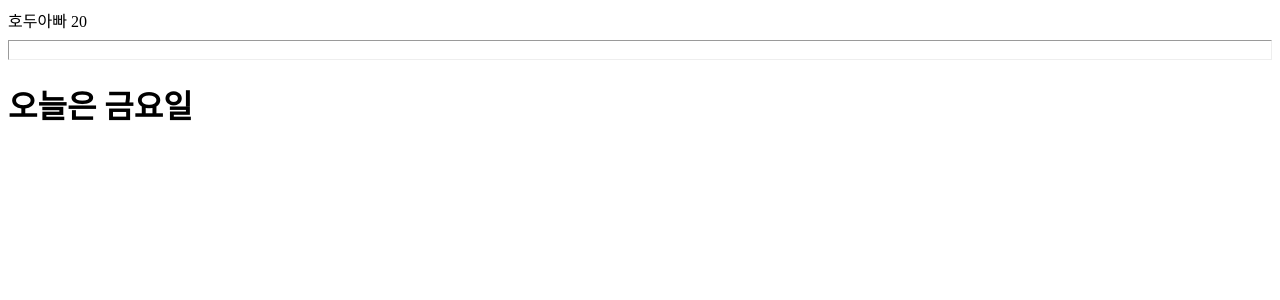
Repository: leejonggwon/Amora-Project
Page: http://localhost/JSP/EX01JSPTest.jsp
These files come from the project's save history. The page is drawn as it stood at one moment and after the next save; the edit follows.
The browser window is 1280 px wide. The pictures show the whole page.
The page is served by Tomcat 9.

Above is the page before, as saved 2023-07-21 09:39:55.

After the next save:
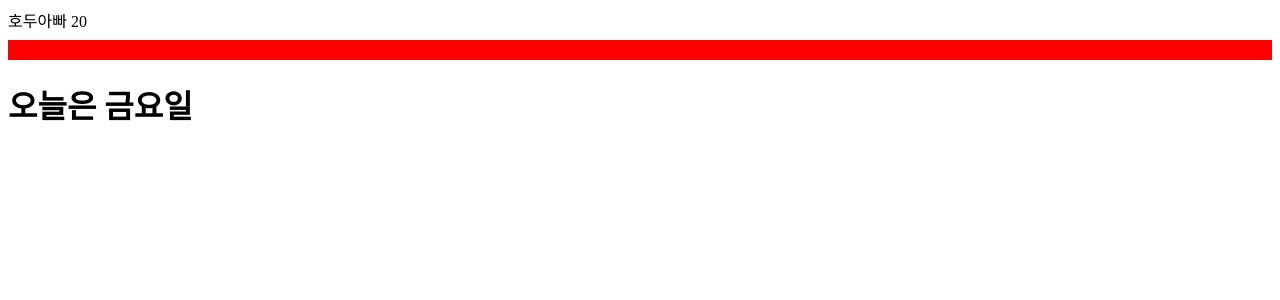
Saved 21 s later.
--- a/04.Server/JSP/src/main/webapp/EX01JSPTest.jsp
+++ b/04.Server/JSP/src/main/webapp/EX01JSPTest.jsp
@@ -28,7 +28,7 @@
 <%= name %> <!-- 호두아빠 출력 -->
 <%= age %> <!-- 20 출력 -->
 
-<hr size="20"> <!-- <hr>은 선을 만들어준다 -->
+<hr size="20" color ="red"> <!-- <hr>은 선을 만들어준다 -->
 
 
 
